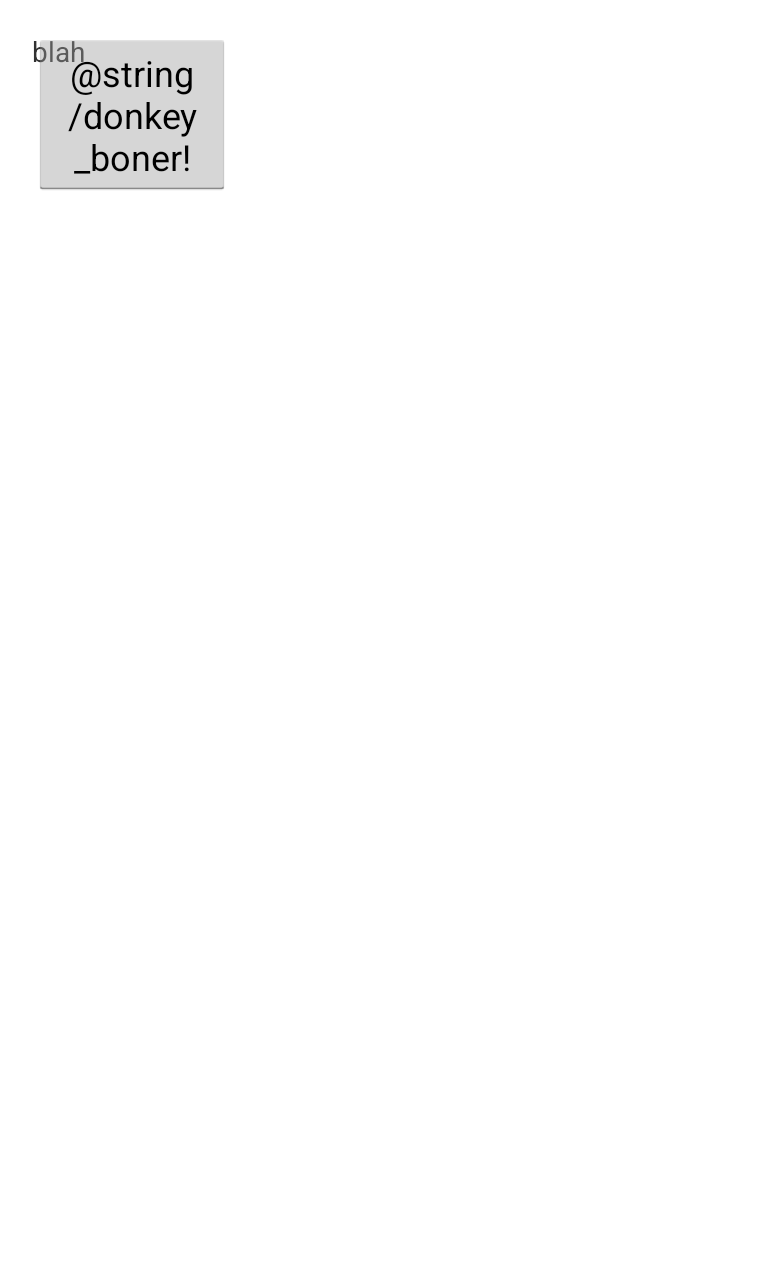
Repository: me222rs/AndroidLab1
Layout: Lab1/res/layout/activity_main.xml
An editor plug-in stored every save of this project. The layout is shown before and after the next save, followed by the edit.
It is drawn on a 768 x 1280 px phone screen (xhdpi) without system bars, with theme AppTheme; the app's code is not run.

Above is the layout before, as saved 2014-11-13 15:02:54.

### Lab1/res/layout/activity_main.xml
<RelativeLayout xmlns:android="http://schemas.android.com/apk/res/android"
    xmlns:tools="http://schemas.android.com/tools"
    android:layout_width="match_parent"
    android:layout_height="match_parent"
    android:paddingBottom="@dimen/activity_vertical_margin"
    android:paddingLeft="@dimen/activity_horizontal_margin"
    android:paddingRight="@dimen/activity_horizontal_margin"
    android:paddingTop="@dimen/activity_vertical_margin"
    tools:context="com.example.lab1.MainActivity" >

    <TextView


        android:layout_width="wrap_content"
        android:layout_height="wrap_content"
        android:text="blah"

        />

    <Button
    	android:layout_height="wrap_content"
     	android:layout_width="100dp"
    	android:text="@string/donkey_boner!"
    />

</RelativeLayout>

Loaded but not shown: Lab1/res/values/styles.xml (common file); Lab1/res/values-v11/styles.xml (common file); Lab1/res/values-v14/styles.xml (common file); Lab1/res/values/dimens.xml (common file); Lab1/res/values-w820dp/dimens.xml (common file)

After the next save:
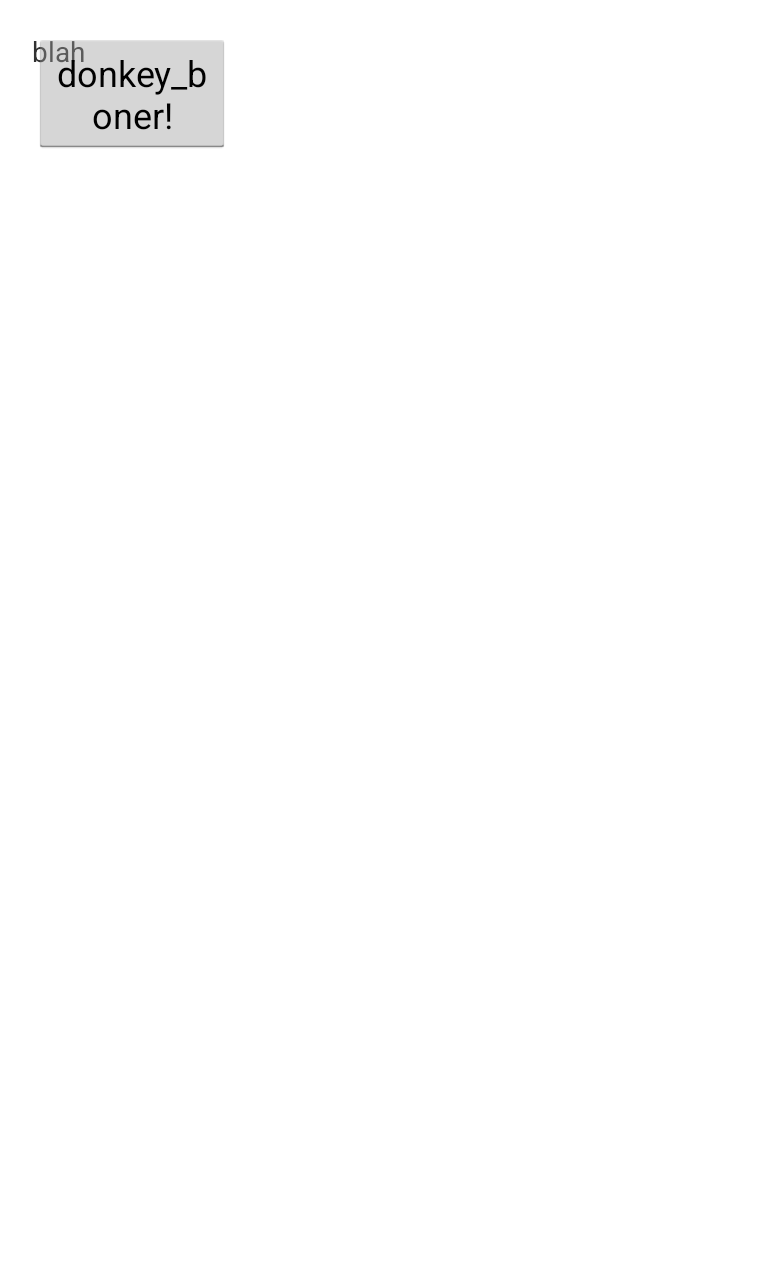
Saved 28 s later.
--- a/Lab1/res/layout/activity_main.xml
+++ b/Lab1/res/layout/activity_main.xml
@@ -20,7 +20,7 @@
     <Button
     	android:layout_height="wrap_content"
      	android:layout_width="100dp"
-    	android:text="@string/donkey_boner!"
+    	android:text="donkey_boner!"
     />
 
 </RelativeLayout>
